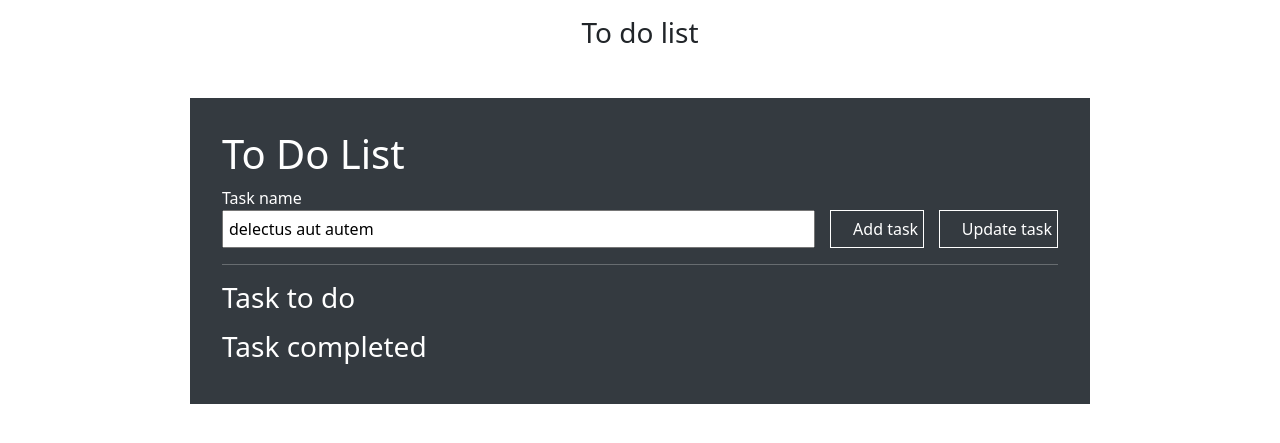
Repository: JVJuvi/ToDoList-jsonplaceholder
Page: /
An editor plug-in stored every save of this project. The page is shown before and after the next save, followed by the edit.
The browser window is 1280 px wide. The pictures show the whole page.
The page's requests for data from a server got no answer. Some web fonts or font styles are not loaded; a fallback is used. The project was rebuilt for these pictures with package versions that can differ from the ones it lists, and the page was loaded fresh each time. No one was signed in, and anything a server would have sent is missing.

Above is the page before, as saved 2021-12-04 21:08:41.

### src/index.js
import React from 'react';
import ReactDOM from 'react-dom';
// import './index.css';
import App from './App';
import "bootstrap/dist/css/bootstrap.min.css";
//setup redux
import { Provider } from 'react-redux';
import { store } from './redux/RootReducer';
//boxicon
import './assets/boxicons-2.0.9 2/css/boxicons.min.css'

ReactDOM.render(
  <Provider store={store}>
    <App />
  </Provider>,
  document.getElementById('root')
);

### src/App.js
// import { Route, Router } from 'react-router-dom';
import ToDoList from "./Components/ToDoList/ToDoList";
import { Router, Route, Switch } from "react-router";
import { createBrowserHistory } from 'history';
import './css/App.css';


export const history = createBrowserHistory();

function App() {
  return (
    <Router history={history}>
        <Switch>
            <Route path="/todolist" exact component={ToDoList} />
            <Route path="/" exact component={ToDoList} />
        </Switch>
    </Router>
  );
}

export default App;

### src/redux/RootReducer.js
import { applyMiddleware, combineReducers, createStore } from "redux";
import thunk from 'redux-thunk'
import { TodoListReducer } from './reducers/TodoListReducer/TodoListReducer';



const RootReducer = combineReducers({
    TodoListReducer,
})

export const store = createStore(RootReducer, applyMiddleware(thunk))

### src/Components/ToDoList/ToDoList.jsx
import axios from 'axios'
import React, { useEffect, useState } from 'react'
import { Link, NavLink } from 'react-router-dom';
import { useSelector, useDispatch } from 'react-redux';
import { DeleteTaskAction, GetToDoListAction } from '../../redux/actions/TodoListAction/TodoListAction';
import { GetUserAction } from '../../redux/actions/UserAction/UserAction';
import AddTask from './AddTask';
import _ from 'lodash';
import { COMPLETED, EDIT } from '../../redux/types/ToDoListType/ToDoListType';

const ToDoList = () => {

    const {arrToDoList} = useSelector(state => state.TodoListReducer);
    console.log('arrToDoList', arrToDoList)

    const dispatch = useDispatch();

    useEffect(() => {
        dispatch(GetToDoListAction());
        dispatch(GetUserAction());
    }, []);

    const handleDelete = (id) => {
        dispatch(DeleteTaskAction(id));
    }

    let arrTaskList = _.filter(arrToDoList, {'completed': false});
    let arrCompeted = _.filter(arrToDoList, {'completed': true});

    return (
        <div className="container">
            <h3 className="mb-5 mt-3 text-center">To do list</h3>
            <div className="todolist">
                <h1>To Do List</h1>
                <div className="taskName">
                    <p>Task name</p>
                    <AddTask />
                </div>
                <hr />
                <div className="taskToDo mt-3">
                    <h3>Task to do</h3>
                    {
                        arrTaskList.map((item, index) => (
                            <li key={index} className="list-group-item d-flex justify-content-between align-items-center">
                                <p>{item.title}</p>
                                <span>
                                    <button onClick={() => {
                                        dispatch({
                                            type: EDIT,
                                            payload: item
                                        })
                                    }}><i class='bx bx-edit' ></i></button>
                                    <button onClick={() => {
                                        handleDelete(item.id)
                                    }}><i class='bx bx-trash' ></i></button>
                                    <button onClick={() => {
                                        dispatch({
                                            type: COMPLETED,
                                            payload: item.id,
                                        })
                                    }}><i class='bx bx-check-square' ></i></button>
                                </span>
                            </li>
                        ))
                    }
                </div>
                <div className="taskCompleted mt-3">
                    <h3>Task completed</h3>
                    {
                        arrCompeted.map((item, index) => (
                            <li key={index} className="list-group-item d-flex justify-content-between align-items-center">
                                <p>{item.title}</p>
                                <span>
                                    <button onClick={()=>{
                                        handleDelete(item.id)
                                    }}><i class='bx bx-trash' ></i></button>
                                </span>
                            </li>
                        ))
                    }
                </div>
            </div>
        </div>
    )
}

export default ToDoList

### src/css/App.css
* {
  padding: 0;
  margin: 0;
  -webkit-box-sizing: border-box;
          box-sizing: border-box;
}

p {
  margin-bottom: 0 !important;
}

.user__list {
  display: -webkit-box;
  display: -ms-flexbox;
  display: flex;
  -webkit-box-pack: justify;
      -ms-flex-pack: justify;
          justify-content: space-between;
  text-align: center;
  max-width: 600px;
  margin: 0 auto;
}

.todolist {
  background: #343a40;
  color: #fff;
  max-width: 900px;
  margin: 0 auto;
  padding: 2rem;
}

.todolist h1, .todolist h3 {
  font-weight: 300;
}

.todolist form {
  display: -webkit-box;
  display: -ms-flexbox;
  display: flex;
  -ms-flex-wrap: wrap;
      flex-wrap: wrap;
  gap: 5px;
}

.todolist input, .todolist button {
  padding: 5px;
}

.todolist input {
  -webkit-box-flex: 1;
      -ms-flex: 1 1 25rem;
          flex: 1 1 25rem;
}

.todolist button {
  background: #343a40;
  border: 1px solid #fff;
  margin-left: 10px;
  color: #fff;
  -webkit-transition: all .3s linear;
  transition: all .3s linear;
}

.todolist button:hover {
  color: #343a40;
  background: #e7e4e4;
  border: 1px solid #343a40;
}
/*# sourceMappingURL=App.css.map */

### src/redux/reducers/TodoListReducer/TodoListReducer.js
import _ from "lodash";
import { ADD_TASK, COMPLETED, DELETE_TASK, EDIT, GET_TASK, UPDATE } from "../../types/ToDoListType/ToDoListType";



const stateDefault = {
    arrToDoList: [],
    arrToDo: [],
    arrComplete: [],
    arrEdit: {userId: 1, id: 1, title: 'delectus aut autem', completed: false},
}

export const TodoListReducer = (state = stateDefault, action) => {
    switch(action.type) {
        case GET_TASK: {
            state.arrToDoList = action.payload;
            // state.arrComplete = _.filter(state.arrToDoList, {'completed': true})
            return {...state};
        }

        case ADD_TASK: {
            state.arrToDoList = [...state.arrToDoList, action.payload];
            return {...state};
        }

        case DELETE_TASK: {
            let arrToDoListUpdate = [...state.arrToDoList];
            let arrToDoListAF = arrToDoListUpdate.filter(task => {
                return task.id !== action.payload;
            });
            state.arrToDoList = arrToDoListAF;
            return {...state};
        }

        case COMPLETED: {
            let arrToDoListUpdate = [...state.arrToDoList];
            let index = arrToDoListUpdate.findIndex(item => item.id === action.payload);
            if(index !== -1) {
                arrToDoListUpdate[index].completed = true;
            }
            state.arrToDoList = arrToDoListUpdate;
            return {...state};
        }

        case EDIT: {
            state.arrEdit = action.payload;
            return {...state};
        }

        case UPDATE: {
            let arrToDoListUpdate = [...state.arrToDoList];
            let index = arrToDoListUpdate.findIndex(item => item.id === action.payload.id);
            if(index !== -1) {
                arrToDoListUpdate[index].title = action.payload.title;
            }
            state.arrToDoList = arrToDoListUpdate;
            return {...state};
        }

        default: return {...state};
    }
}

### src/redux/actions/TodoListAction/TodoListAction.js
import { ADD_TASK, GET_TASK, DELETE_TASK, UPDATE } from '../../types/ToDoListType/ToDoListType';


export const GetToDoListAction = () => {
    return async(dispatch) => {
        await fetch('https://jsonplaceholder.typicode.com/users/1/todos')
        .then((res) => res.json())
        .then((data) => dispatch({
            type: GET_TASK,
            payload: data
        }))
        .catch ((error) => {
            console.log('error', error)
        })
    }
}

export const AddTaskAction = (title) => {
    return async(dispatch) => {
        await fetch('https://jsonplaceholder.typicode.com/users/1/todos', {
            method: 'POST',
            body: JSON.stringify({
                userId: 1,
                title: title,
                completed: false,
            }),
            headers: {
                'Content-type': 'application/json; charset=UTF-8',
            },
        })
        .then((res) => {
            if(res.status !== 201) {
                return
            } else {
                return res.json();
            }
        })
        .then((data) => {
            dispatch({
                type: ADD_TASK,
                payload: data
            })
            alert('them thanh cong')
        })
        .catch((error) => {
            console.log('error', error);
        })
    }
}

export const DeleteTaskAction = (id) => {
    return async(dispatch) => {
        await fetch(`https://jsonplaceholder.typicode.com/todos/${id}`, {
            method: 'DELETE'
        })
        .then((res) => {
            if(res.status !== 200) {
                return
            } else {
                dispatch({
                    type: DELETE_TASK,
                    payload: id
                })
                alert('xoa thanh cong')
            }
        })
        .catch((error) => {
            console.log('error', error)
        })
    }
}

export const UpdateTaskAction = (id, title) => {
    return async(dispatch) => {
        await fetch(`https://jsonplaceholder.typicode.com/todos/${id}`, {
            method: 'PUT',
            body: JSON.stringify({
                userId: 1,
                id: id,
                title: title,
                completed: false,
            }),
            headers: {
                'Content-type': 'application/json; charset=UTF-8',
            },
        })
        .then((res) => res.json())
        .then((data) => {
            dispatch({
                type: UPDATE,
                payload: data
            })
            alert('cap nhat thanh cong')
        })
        .catch((error) => {
            console.log('error', error)
        })
    }
}

### src/redux/actions/UserAction/UserAction.js
import axios from 'axios';
import { ADD_USER, DELETE_USER, GET_USER } from '../../types/UserType/UserType';


export const GetUserAction = () => {
    return async(dispatch) => {
        await fetch('https://jsonplaceholder.typicode.com/users/1')
        .then((res) => res.json())
        .then((data) => dispatch({
            type: GET_USER,
            payload: data
        }))
        .then((data) => {
            const user = JSON.stringify(data);
            localStorage.setItem('USER', user)
        })
        .catch((error) => {
            console.log('error', error)
        })
    }
}

// export const AddUserAction = (name, email) => {
//     return async(dispatch) => {
//         await fetch('https://jsonplaceholder.typicode.com/users', {
//             method: 'POST',
//             body: JSON.stringify({
//                 name: name,
//                 email: email,
//             }),
//             headers: {
//                 'Content-type': 'application/json; charset=UTF-8',
//             },
//         })
//         .then((res) => {
//             if(res.status !== 201) {
//                 return
//             } else {
//                 return res.json();
//             }
//         })
//         .then((data) => {
//             dispatch({
//                 type: ADD_USER,
//                 payload: data
//             })
//         })
//         .catch((error) => {
//             console.log('error', error)
//         })
//     }
// }

// export const DeleteUserAction = (id) => {
//     return async(dispatch) => {
//         await fetch(`https://jsonplaceholder.typicode.com/users/${id}`, {
//             method: 'DELETE'
//         })
//         .then((res) => {
//             if(res.status !== 200) {
//                 return
//             } else {
//                 dispatch({
//                     type: DELETE_USER,
//                     payload: id
//                 })
//             }
//         })
//         .catch((error) => {
//             console.log('error', error)
//         })
//     }
// }

### src/Components/ToDoList/AddTask.jsx
import React, { useEffect, useState } from 'react';
import { useDispatch, useSelector } from 'react-redux';
import { AddTaskAction, UpdateTaskAction } from '../../redux/actions/TodoListAction/TodoListAction';

const AddTask = () => {

    const {arrEdit} = useSelector(state => state.TodoListReducer);

    const [title, settitle] = useState("");
    const [id, setId] = useState("");

    const dispatch = useDispatch();

    useEffect(() => {
        settitle(arrEdit.title);
        setId(arrEdit.id)
    },[])

    const handleChange = (e) => {
        settitle(e.target.value);
    }

    const handleSubmit = (e) => {
        e.preventDefault();
        console.log('value',e.target.task.value)
        dispatch(AddTaskAction(e.target.task.value));
    }

    return (
        <form onSubmit={handleSubmit}>
            <input type="text" name="task" value={title} onChange={handleChange}/>
            <button type="submit"><i class='bx bx-plus-medical'></i> Add task</button>
            <button type="button" onClick={()=>{
                dispatch(UpdateTaskAction(id, title))
            }}><i class='bx bx-upload'></i> Update task</button>
        </form>
    )
}

export default AddTask

### src/redux/types/ToDoListType/ToDoListType.js
export const GET_TASK = 'GET_TASK';
export const ADD_TASK = 'ADD_TASK';
export const DELETE_TASK = 'DELETE_TASK';
export const COMPLETED = 'COMPLETED';
export const EDIT = 'EDIT';
export const UPDATE = 'UPDATE';

### src/redux/types/UserType/UserType.js
export const GET_USER = 'GET_USER';
export const ADD_USER = 'ADD_USER';
export const DELETE_USER = 'DELETE_USER';

Loaded but not shown: public/index.html (common file); src/assets/boxicons-2.0.9 2/css/boxicons.min.css (library)

After the next save:
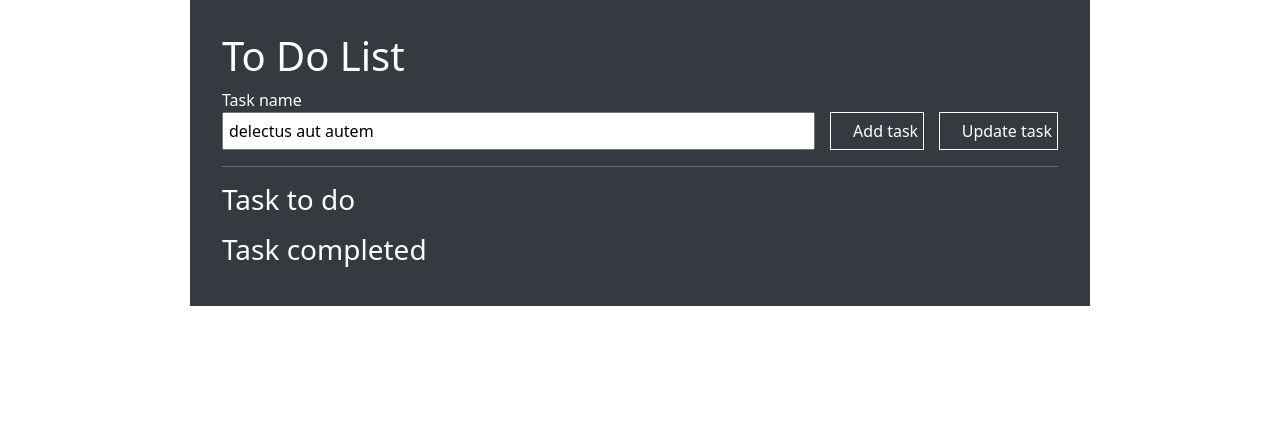
Saved 64 s later.
--- a/src/Components/ToDoList/ToDoList.jsx
+++ b/src/Components/ToDoList/ToDoList.jsx
@@ -29,7 +29,6 @@ const ToDoList = () => {
 
     return (
         <div className="container">
-            <h3 className="mb-5 mt-3 text-center">To do list</h3>
             <div className="todolist">
                 <h1>To Do List</h1>
                 <div className="taskName">
